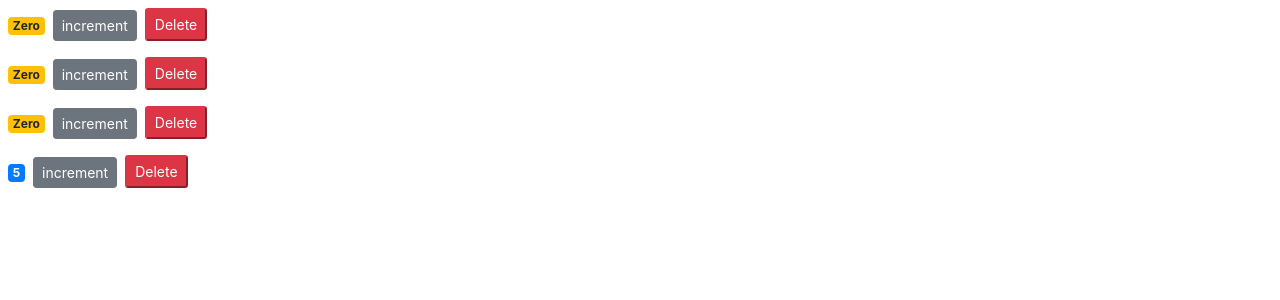
Repository: AvinashLikesToLearnNewStuff/Counter_app
Page: /
The author's editor kept a copy of each file at every save. The page is drawn from the files as they stood at one save, then again after the next save.
The browser window is 1280 px wide. The pictures show the whole page.
The project was rebuilt for these pictures with package versions that can differ from the ones it lists, and the page was loaded fresh each time. Also part of the build but not shown: src/components/navbar.jsx, src/App.css, src/App.js.

Above is the page before, as saved 2023-03-26 10:35:37.

### src/index.js
import React from "react";
import ReactDOM from "react-dom/client";
import "./index.css";
import App from "./App";
import reportWebVitals from "./reportWebVitals";
import Counters from "./components/counters";
import "bootstrap/dist/css/bootstrap.css";

const root = ReactDOM.createRoot(document.getElementById("root"));
root.render(
  <React.StrictMode>
    <Counters />
  </React.StrictMode>
);

// If you want to start measuring performance in your app, pass a function
// to log results (for example: reportWebVitals(console.log))
// or send to an analytics endpoint. Learn more: https://bit.ly/CRA-vitals
reportWebVitals();

### src/components/counters.jsx
import React, { Component } from "react";
import Counter from "./counter";

class Counters extends Component {
  state = {
    counters: [
      { id: 1, value: 0 },
      { id: 2, value: 0 },
      { id: 3, value: 0 },
      { id: 4, value: 5 },
    ],
  };
  handleDelete = (counterId) => {
    const counters = this.state.counters.filter((c) => c.id != counterId);
    this.setState({ counters });
  };
  render() {
    return (
      <div>
        {this.state.counters.map((counter) => (
          <Counter
            key={counter.id}
            onDelete={this.handleDelete}
            counter={counter}
          >
            {/* <h4>Counter #{counter.id}</h4> */}
          </Counter>
        ))}
      </div>
    );
  }
}

export default Counters;

### src/components/counter.jsx
import React, { Component } from "react";

class Counter extends Component {
  state = {
    value: this.props.counter.value,
  };

  handleIncrement = () => {
    this.setState({ value: this.state.value + 1 });
  };

  doHandleIncrement = () => {
    this.handleIncrement({ id: 1 });
  };

  render() {
    return (
      <div>
        {this.props.children}
        <span className={this.getBadgeClasses()}>{this.formatCount()}</span>
        <button
          onClick={this.handleIncrement}
          className="btn btn-secondary btn-sm"
        >
          increment
        </button>
        <button
          onClick={() => this.props.onDelete(this.props.counter.id)}
          className="btn-danger btn-sm m-2"
        >
          {" "}
          Delete{" "}
        </button>{" "}
      </div>
    );
  }
  getBadgeClasses() {
    let classes = "badge m-2 badge-";
    classes += this.state.value === 0 ? "warning" : "primary";
    return classes;
  }
  formatCount() {
    const { value: count } = this.state;
    return count === 0 ? "Zero" : count;
  }
}

export default Counter;

Loaded but not shown: public/index.html (common file); src/index.css (common file); src/reportWebVitals.js (common file)

After the next save:
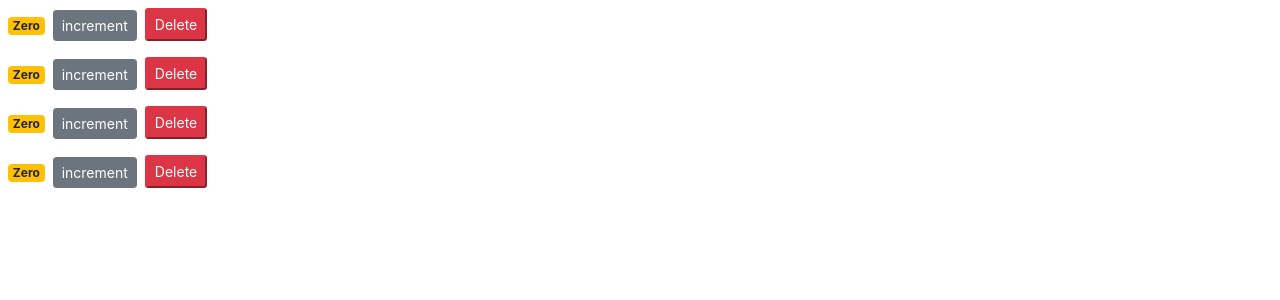
Saved 93 s later.
--- a/src/components/counters.jsx
+++ b/src/components/counters.jsx
@@ -7,7 +7,7 @@ class Counters extends Component {
       { id: 1, value: 0 },
       { id: 2, value: 0 },
       { id: 3, value: 0 },
-      { id: 4, value: 5 },
+      { id: 4, value: 0 },
     ],
   };
   handleDelete = (counterId) => {
